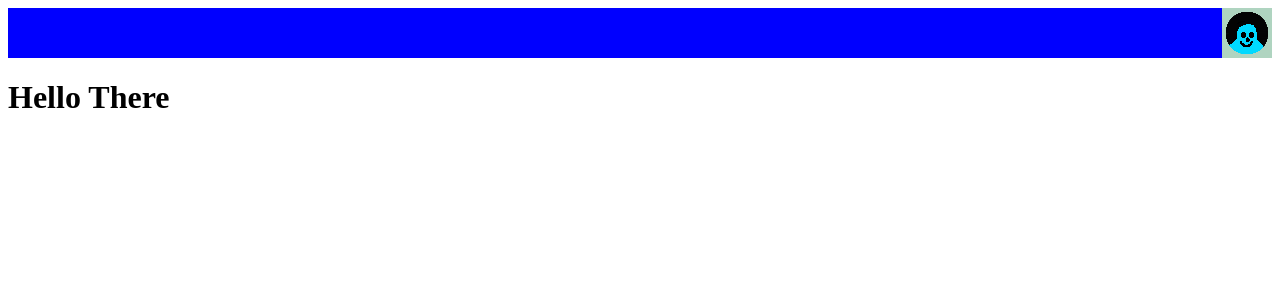
Repository: thecptwaffles/NeonWhiteAssetWebsite
Page: index.html
An editor plug-in stored every save of this project. The page is shown before and after the next save, followed by the edit.
The browser window is 1280 px wide. The pictures show the whole page.

Above is the page before, as saved 2022-07-01 13:13:21.

### index.html
<!DOCTYPE html>
<html lang="en">

<head>
    <meta charset="UTF-8">
    <meta http-equiv="X-UA-Compatible" content="IE=edge">
    <meta name="viewport" content="width=device-width, initial-scale=1.0">
    <title>Game Assets Website</title>
    <link rel="stylesheet" href="style.css">
</head>

<body>
    <nav>
        <div class="dropdown">
            <a href="" class="links"></a>
            <a href="" class="links"></a>
            <a href="" class="links"></a>
            <a href="" class="links"></a>
            <a href="" class="links"></a>
        </div>
        <div class="profileIcon">
            <img src="./profile.png" alt="Profile Icon">
        </div>
    </nav>
    <h1 id="welcomeMessage">Hello There</h1>
    <div id="Featured"></div>
    <script src="./app.js"></script>
</body>

</html>

### style.css
:root {
    margin: 0px;
    padding: 0px;
}

.profileIcon {
    display: flex;
    align-items: right;
    justify-content: right;
}

nav {
    background-color: blue;
    margin: 0;
    padding: 0;
}

.welcomeMessage {
    text-align: center
}

Loaded but not shown: app.js (no copy from this time; the picture is the same without it)

After the next save:
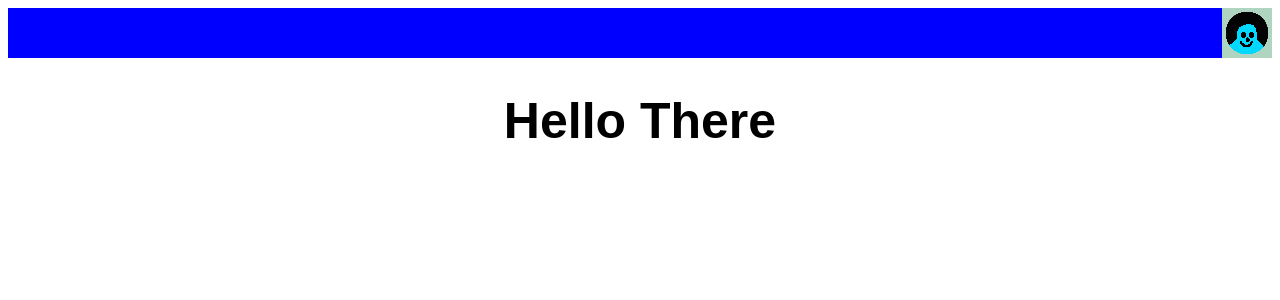
Saved 6 min 25 s later.
--- a/style.css
+++ b/style.css
@@ -15,6 +15,8 @@
     padding: 0;
 }
 
-.welcomeMessage {
-    text-align: center
+#welcomeMessage {
+    text-align: center;
+    font-size: 50px;
+    font-family: sans-serif;
 }
